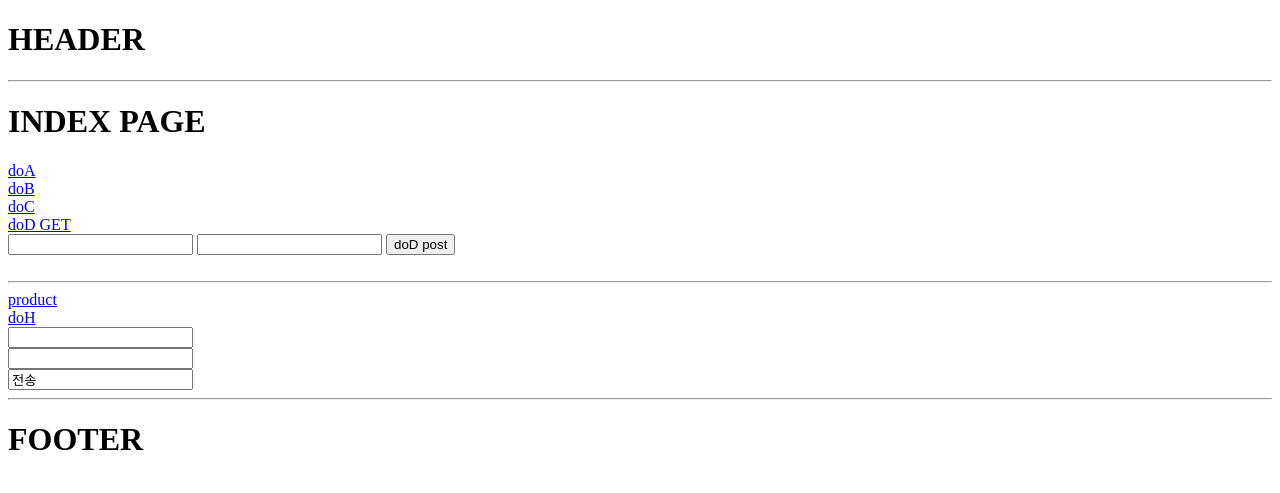
Repository: gitgw016/spring
Page: http://localhost/mvc_part02_controller/
The author's editor kept a copy of each file at every save. The page is drawn from the files as they stood at one save, then again after the next save.
The browser window is 1280 px wide. The pictures show the whole page.
The page is served by Tomcat 9.

Above is the page before, as saved 2022-01-11 06:53:49.

After the next save:
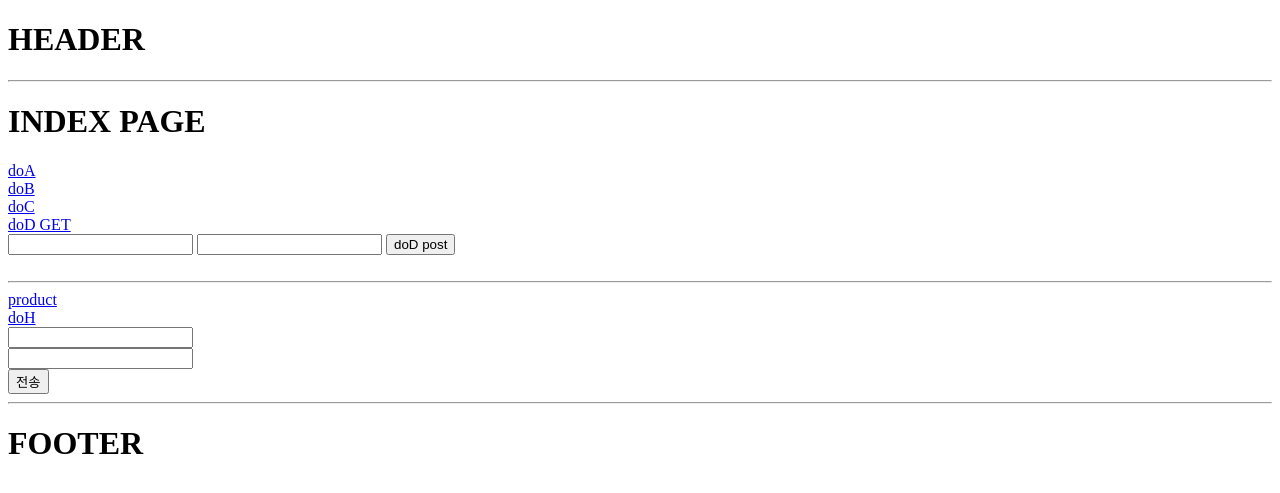
Saved 11 s later.
--- a/mvc_part02_controller/src/main/webapp/index.jsp
+++ b/mvc_part02_controller/src/main/webapp/index.jsp
@@ -18,7 +18,7 @@
 	<form action="productWrite" method="post">
 		<input type="text" name="name"/> <br/>
 		<input type="number" name="price" required/> <br/>
-		<input tpye="submit" value="전송"/>
+		<input type="submit" value="전송"/>
 	</form>
 <jsp:include page="WEB-INF/views/common/footer.jsp"/>
 </body>
